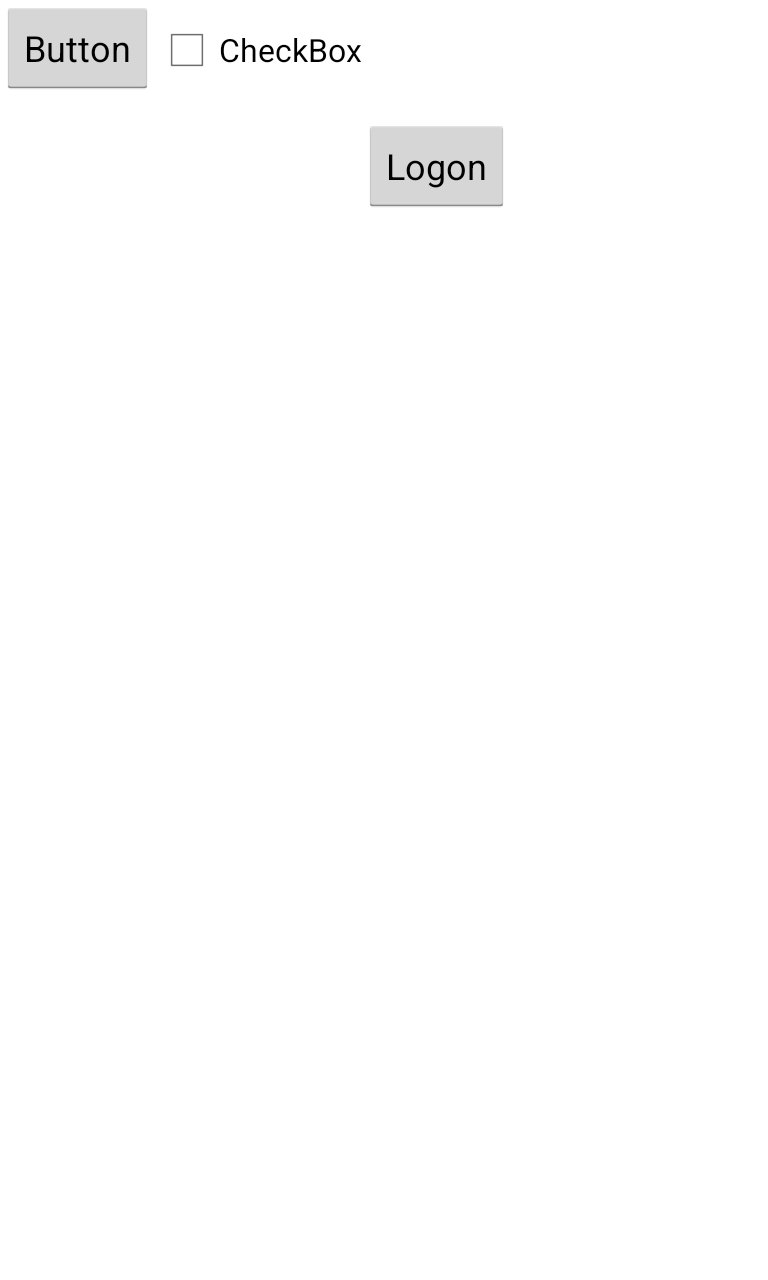
Repository: 12030121030/eventhandling
Layout: Login/res/layout/activity_main.xml
These files come from the project's save history. The layout is drawn as it stood at one moment and after the next save; the edit follows.
It is drawn on a 768 x 1280 px phone screen (xhdpi) without system bars, with theme AppTheme; the app's code is not run.

Above is the layout before, as saved 2014-12-12 03:43:48.

After the next save:
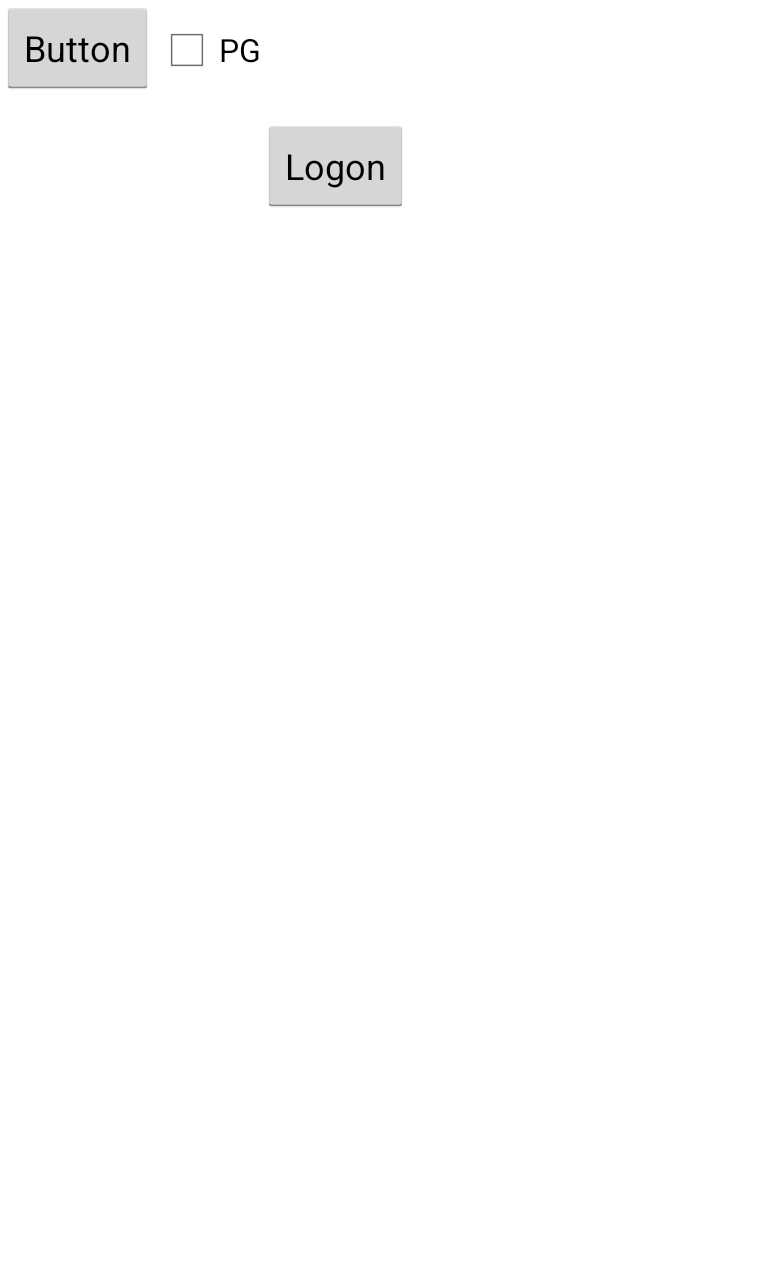
Saved 9 s later.
--- a/Login/res/layout/activity_main.xml
+++ b/Login/res/layout/activity_main.xml
@@ -14,7 +14,7 @@
         android:id="@+id/stream"
         android:layout_width="wrap_content"
         android:layout_height="wrap_content"
-        android:text="CheckBox" />
+        android:text="PG" />
 
     <Button
         android:id="@+id/btnClick"
